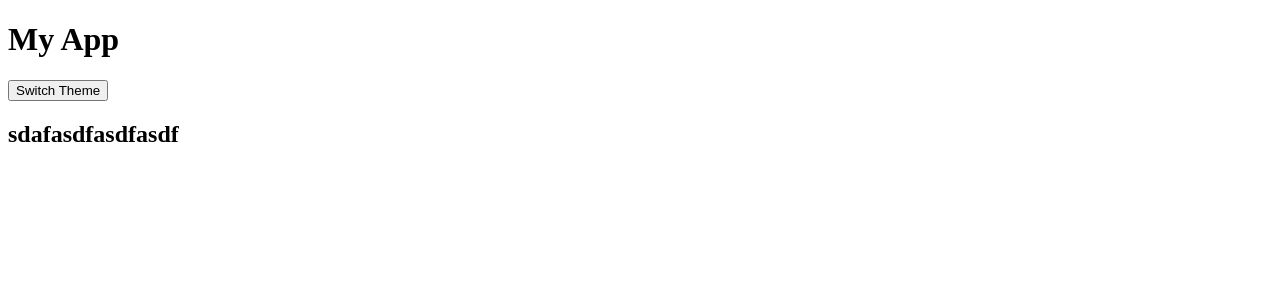
Repository: halilgoksu/js-react-theme
Page: /
The author's editor kept a copy of each file at every save. The page is drawn from the files as they stood at one save, then again after the next save.
The browser window is 1280 px wide. The pictures show the whole page.
The project was rebuilt for these pictures with package versions that can differ from the ones it lists, and the page was loaded fresh each time. Also part of the build but not shown: src/App.css.

Above is the page before, as saved 2023-01-18 21:57:08.

After the next save:
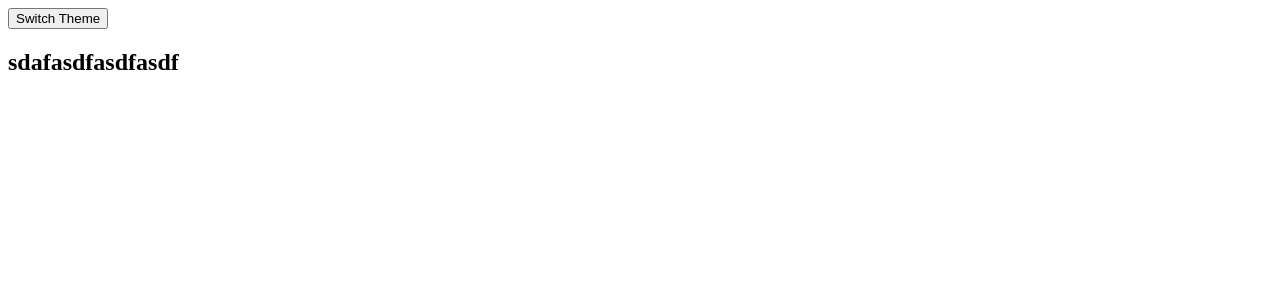
Saved 59 s later.
--- a/src/App.js
+++ b/src/App.js
@@ -14,7 +14,6 @@ function App() {
     <div className="App">
        <ThemeContext.Provider value={{currentTheme, switchTheme}}>
       <div>
-        <h1>My App</h1>
         <MyComponent />
       </div>
     </ThemeContext.Provider>
